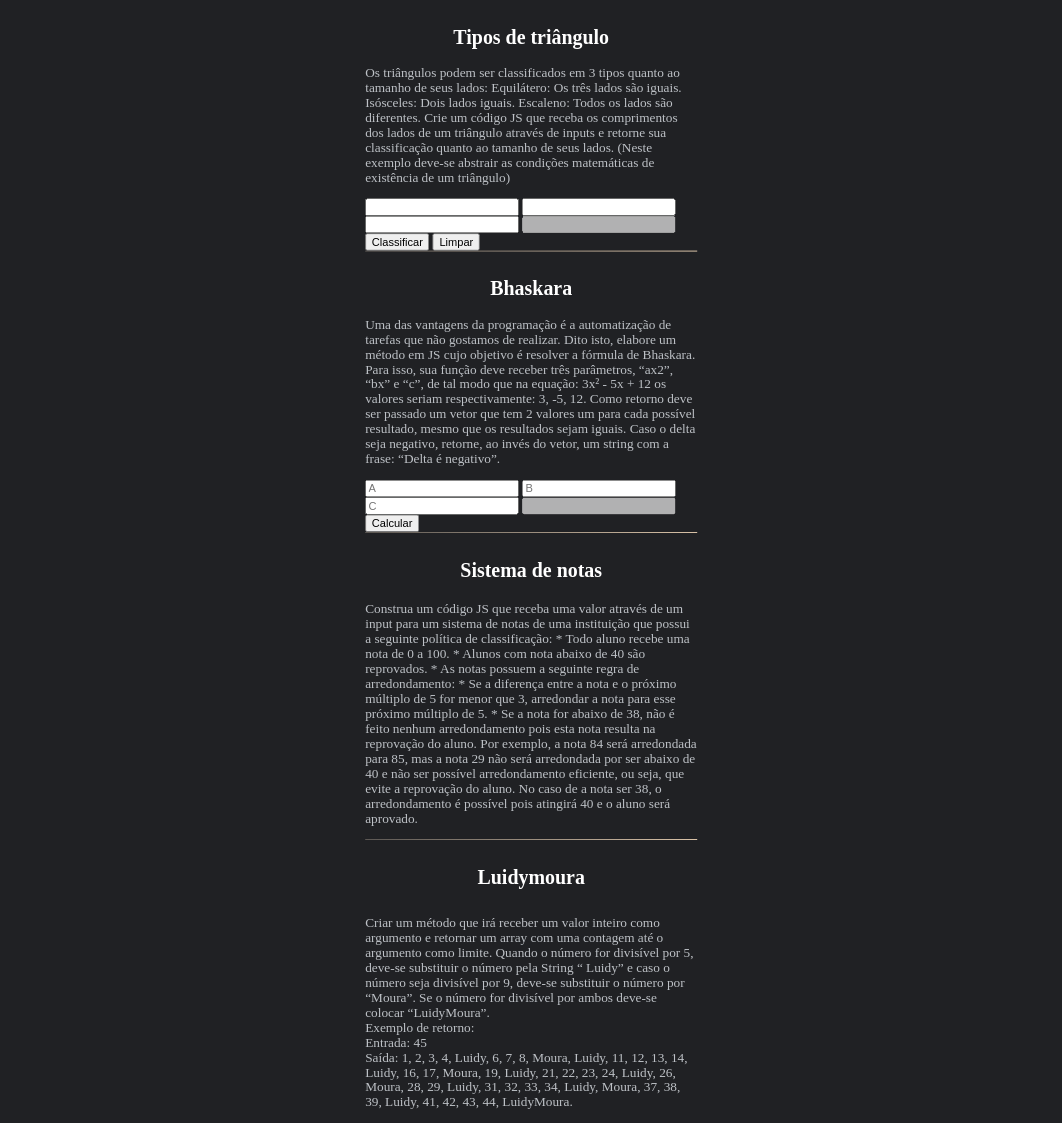
Repository: viviij/Fun-es-Simples-JavaScript
Page: index.html
These files come from the project's save history. The page is drawn as it stood at one moment and after the next save; the edit follows.
The browser window is 1280 px wide. The pictures show the whole page, at 83% of full size.

Above is the page before, as saved 2022-08-26 12:15:10.
Console error: TypeError: Cannot set properties of null (setting 'onclick')

### index.html
<!DOCTYPE html>
<html lang="ptBR">
  <head>
    <meta charset="UTF-8">
    <meta http-equiv="X-UA-Compatible" content="IE=edge">
    <meta name="viewport" content="width=device-width, initial-scale=1.0">
    <link rel="stylesheet" href="styles.css">
    <title>Prova C3C</title>
  </head>
  <body>
    <div class="container">
      <section class="Tipos de Triângulo">
        <header>
          <h1>Tipos de triângulo</h1>
          <p>
            Os triângulos podem ser classificados em 3 tipos quanto ao tamanho de seus lados:

            Equilátero: Os três lados são iguais.
            Isósceles: Dois lados iguais.
            Escaleno: Todos os lados são diferentes.

            Crie um código JS que receba os comprimentos dos lados de um triângulo através de inputs e retorne sua classificação quanto ao tamanho de seus lados. (Neste exemplo deve-se abstrair as condições matemáticas de existência de um triângulo)
          </p>

        </header>
        <div class="main">
          <input type="number" name="trianguloLado1" id="trianguloLado1"/>
          <input type="number" name="trianguloLado2" id="trianguloLado2"/>
          <input type="number" name="trianguloLado3" id="trianguloLado3"/>

          <input type="text" name="tipoDeTriangulo" id="tipoDeTriangulo" disabled/>

          <button id="classificacaoTriangulo">Classificar</button>
          <button id="limparInputBotao">Limpar</button>
        </div>
      </section>

      <div class="linhaDeDivisaoDasQuestoes"></div>

      <section class="Bhaskara">
        <header>
          <h2>Bhaskara</h2>
          <p>Uma das vantagens da programação é a automatização de tarefas que não gostamos de realizar. Dito isto, elabore um método em JS cujo objetivo é resolver a fórmula de Bhaskara.

            Para isso, sua função deve receber três parâmetros, “ax2”, “bx” e “c”, de tal modo que na equação: 3x² - 5x + 12 os valores seriam respectivamente: 3, -5, 12.

            Como retorno deve ser passado um vetor que tem 2 valores um para cada possível resultado, mesmo que os resultados sejam iguais.

            Caso o delta seja negativo, retorne, ao invés do vetor, um string com a frase: “Delta é negativo”.</p>
        </header>
        <div class="main">
          <input type="number" name="bhaskaraValorA" id="bhaskaraValorA" placeholder="A"/>
          <input type="number" name="bhaskaraValorB" id="bhaskaraValorB" placeholder="B"/>
          <input type="number" name="bhaskaraValorC" id="bhaskaraValorC" placeholder="C"/>

          <input type="text" name="tipoDeTriangulo" id="valorBhaskara" disabled/>
          <button id="calcularBhaskara">Calcular</button>
        </div>
      </section>

      <div class="linhaDeDivisaoDasQuestoes"></div>

      <section class="Sistema de Notas">
        <h3>Sistema de notas</h3>
        <p>Construa um código JS que receba uma valor através de um input para um sistema de notas de uma instituição que possui a seguinte política de classificação:

          * Todo aluno recebe uma nota de 0 a 100.
          * Alunos com nota abaixo de 40 são reprovados.
          * As notas possuem a seguinte regra de arredondamento:
            * Se a diferença entre a nota e o próximo múltiplo de 5 for menor que 3, arredondar a nota para esse próximo múltiplo de 5.
            * Se a nota for abaixo de 38, não é feito nenhum arredondamento pois esta nota resulta na reprovação do aluno.

          Por exemplo, a nota 84 será arredondada para 85, mas a nota 29 não será arredondada por ser abaixo de 40 e não ser possível arredondamento eficiente, ou seja, que evite a reprovação do aluno.
          No caso de a nota ser 38, o arredondamento é possível pois atingirá 40 e o aluno será aprovado.</p>
      </section>

      <div class="linhaDeDivisaoDasQuestoes"></div>

      <section class="LuidyMoura">
        <h4>Luidymoura</h4>
        <p>Criar um método que irá receber um valor inteiro como argumento e retornar um array com uma contagem até o argumento como limite.

          Quando o número for divisível por 5, deve-se substituir o número pela String “ Luidy” e caso o número seja divisível por 9, deve-se substituir o número por  “Moura”.
          Se o número for divisível por ambos deve-se colocar “LuidyMoura”.
          <br/>
          Exemplo de retorno:
          <br/>

          Entrada:
          45
          <br/>

          Saída:
          1, 2, 3, 4, Luidy, 6, 7, 8, Moura, Luidy, 11, 12, 13, 14, Luidy, 16, 17, Moura, 19, Luidy, 21, 22, 23, 24, Luidy, 26, Moura, 28, 29, Luidy, 31, 32, 33, 34, Luidy, Moura, 37, 38, 39, Luidy, 41, 42, 43, 44, LuidyMoura.</p>
      </section>
    </div>
    <script src="./js/tipos_de_triangulo.js"></script>
    <script src="./js/sistema_de_notas.js"></script>
    <script src="./js/luidymoura.js"></script>
    <script src="./js/bhaskara.js"></script>
  </body>
</html>

### styles.css
body {
  margin: 0;
  padding: 0;
  box-sizing: border-box;
  background: var(--background-color);
  display: flex;
  justify-content: center;
}

a {
  text-decoration: none;
}

ul {
  list-style: none;
}

:root {
  /*CORES GLOBAIS*/
  --text-color: #bdc1c6;
  --background-color: #202124;
  --title-color: #ffffff;

}

.container section {
  max-height: auto;
  max-width: 400px;
}

section {
  color: var(--text-color);
  margin-top: 2rem;
}

.container .linhaDeDivisaoDasQuestoes {
  height: 1px;
  background: linear-gradient(270deg,
      hsla(33, 100%, 88%, 1) 0%,
      hsla(33, 65%, 88%, 0.34) 100%);
}

section h1,
h2,
h3,
h4,
h5 {
  display: flex;
  justify-content: center;
  font-size: 1.5rem;
  color: var(--title-color);
}

.container .questao_1 {}

.container .questao_2 {}

.container .questao_3 {}

.container .questao_4 {}

### js/tipos_de_triangulo.js
//Selecionando itens do HTML
const t1 = document.querySelector("#trianguloLado1");
const t2 = document.querySelector("#trianguloLado2");
const t3 = document.querySelector("#trianguloLado3");
const tr = document.querySelector("#tipoDeTriangulo");
const ct = document.querySelector("#classificacaoTriangulo") ;
const lib = document.querySelector("#limparInputBotao");
//Marcar "erro" caso alguma resposta nao seja preenchida
t1.onblur = () => {
  if(t1.value == "") {
    t1.style = "border-color: #aa0044";
  }else{
    t1.style = "color: #000000";
  }
}

t2.onblur = () => {
  if(t2.value == "") {
    t2.style = "border-color: #aa0044";
  }else{
    t2.style = "color: #000000";
  }
}

t3.onblur = () => {
  if(t3.value == "") {
    t3.style = "border-color: #aa0044";
  }else{
    t3.style = "color: #000000";
  }
}

//Limpar input apos clicar no botao Limpar
lib.onclick = () => {
  t1.value = "";
  t2.value = "";
  t3.value = "";
  tr.value = "";
}

//Classificar o tipo de triangulo apos clicar no botao Classificar
ct.onclick = () => {
  //Dar foco no input vazio
  if (t1.value == "" && t2.value != "" && t3.value != "") {
    t1.focus();
  }else if (t2.value == "" && t1.value != "" && t3.value != "") {
    t2.focus();
  }else if (t3.value == "" && t1.value != "" && t2.value != "") {
    t3.focus();
  }

  if (t1.value != t2.value && t1.value != t3.value && t2.value != t3.value) {
    tr.value = "Escaleno: Todos os lados são diferentes.";

  }else if (t1.value == t2.value && t1.value == t3.value && t2.value == t3.value) {
    tr.value = "Equilátero: Os três lados são iguais.";

  }else{
    tr.value = "Isósceles: Dois lados iguais.";

  }
}

### js/sistema_de_notas.js
const nome = document.querySelector("#nomeGenerico");

nome.onclick = () => {
  alert("a")
}

### js/bhaskara.js
//Selecionando itens do HTML
const bhaskaVA = document.querySelector("#bhaskaraValorA");
const bhaskaVB = document.querySelector("#bhaskaraValorB");
const bhaskaVC = document.querySelector("#bhaskaraValorC");
const resBhaska = document.querySelector("#resultadoBhaskara");
const calcBhaska = document.querySelector("#calcularBhaskara");
//Marcar "erro" caso alguma resposta nao seja preenchida
bhaskaVA.onblur = () => {
  if(bhaskaVA.value == "") {
    bhaskaVA.style = "border-color: #aa0044";
  }else{
    bhaskaVA.style = "color: #000000";
  }
}

bhaskaVB.onblur = () => {
  if(bhaskaVB.value == "") {
    bhaskaVB.style = "border-color: #aa0044";
  }else{
    bhaskaVB.style = "color: #000000";
  }
}

bhaskaVC.onblur = () => {
  if(bhaskaVC.value == "") {
    bhaskaVC.style = "border-color: #aa0044";
  }else{
    bhaskaVC.style = "color: #000000";
  }
}

//Calcular os valores de bhaskara


calcBhaska.onclick = () => {
  //Dar foco no input vazio
  if (bhaskaVA.value == "" && bhaskaVB.value != "" && bhaskaVC.value != "") {
    bhaskaVA.focus();
  }else if (bhaskaVB.value == "" && bhaskaVA.value != "" && bhaskaVC.value != "") {
    bhaskaVB.focus();
  }else if (bhaskaVC.value == "" && bhaskaVA.value != "" && bhaskaVB.value != "") {
    bhaskaVC.focus();
  }

  if (bhaskaVC.value != "" && bhaskaVA.value != "" && bhaskaVB.value != ""){
    //Função de bhaskara
    const valorDelta = (bhaskaVB.value*bhaskaVB.value) - 4*bhaskaVA.value*(bhaskaVC.value);

    if(valorDelta < 0) {
      resBhaska.value = "Delta é negativo";
    }else{
      let calculoDeX = (-bhaskaVB.value+Math.sqrt(valorDelta))/(2*bhaskaVA.value);
      let calculoDeX2 = (-bhaskaVB.value-Math.sqrt(valorDelta))/(2*bhaskaVA.value);
      bhaskaVA.value = ""
      bhaskaVB.value = ""
      bhaskaVC.value = ""

      resBhaska.value = [calculoDeX, calculoDeX2];
    }
  }
}

Loaded but not shown: js/luidymoura.js (no stored copy; drawn as an empty file)

After the next save:
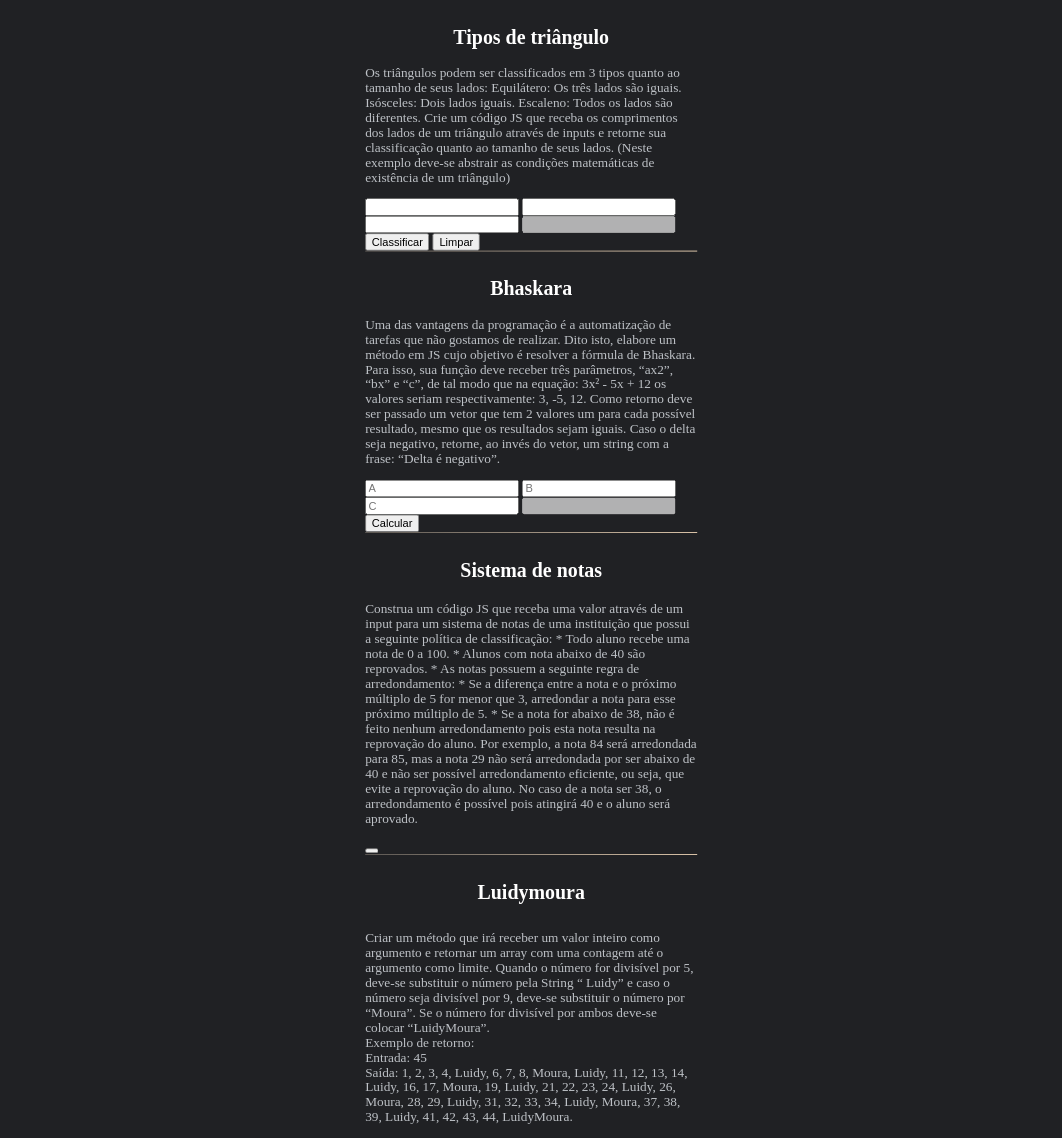
The error is gone.
Saved 10 s later.
--- a/index.html
+++ b/index.html
@@ -61,8 +61,9 @@
       <div class="linhaDeDivisaoDasQuestoes"></div>
 
       <section class="Sistema de Notas">
-        <h3>Sistema de notas</h3>
-        <p>Construa um código JS que receba uma valor através de um input para um sistema de notas de uma instituição que possui a seguinte política de classificação:
+        <header>
+          <h3>Sistema de notas</h3>
+          <p>Construa um código JS que receba uma valor através de um input para um sistema de notas de uma instituição que possui a seguinte política de classificação:
 
           * Todo aluno recebe uma nota de 0 a 100.
           * Alunos com nota abaixo de 40 são reprovados.
@@ -72,6 +73,10 @@
 
           Por exemplo, a nota 84 será arredondada para 85, mas a nota 29 não será arredondada por ser abaixo de 40 e não ser possível arredondamento eficiente, ou seja, que evite a reprovação do aluno.
           No caso de a nota ser 38, o arredondamento é possível pois atingirá 40 e o aluno será aprovado.</p>
+        </header>
+        <div class="main">
+          <button id="nomeGenerico"></button>
+        </div>
       </section>
 
       <div class="linhaDeDivisaoDasQuestoes"></div>
